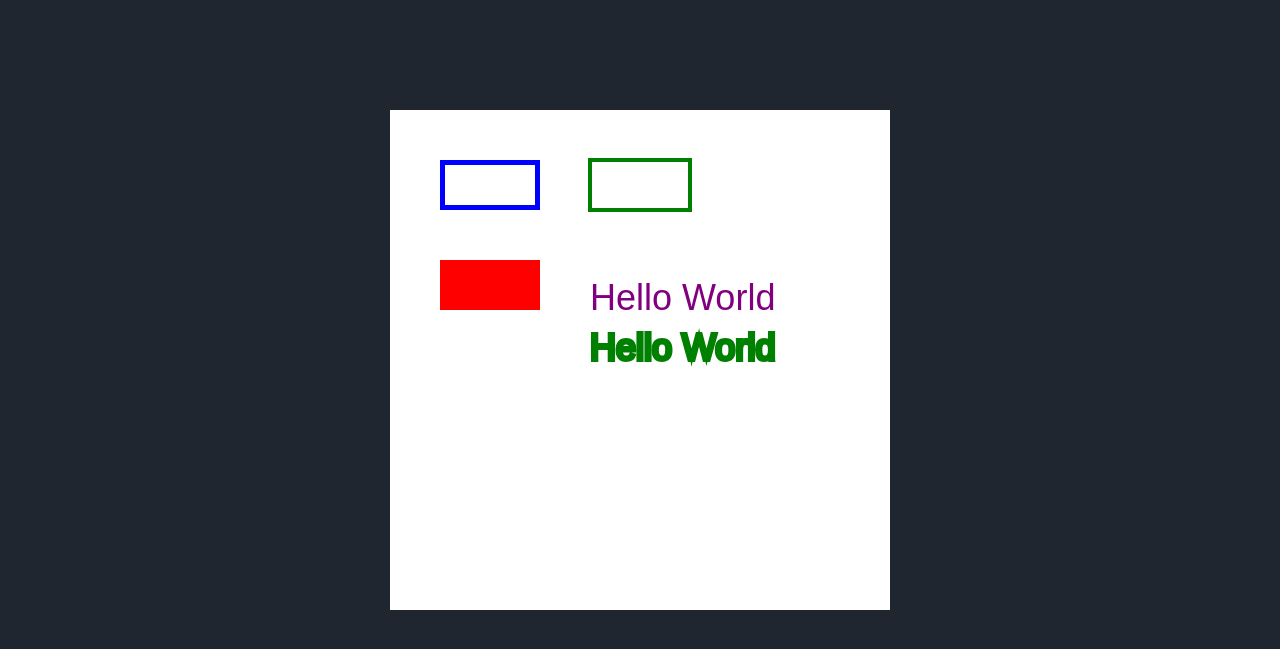
Repository: thecodeholic/cst-javascript-course
Page: /
The author's editor kept a copy of each file at every save. The page is drawn from the files as they stood at one save, then again after the next save.
The browser window is 1280 px wide. The pictures show the whole page.
The project was rebuilt for these pictures with package versions that can differ from the ones it lists, and the page was loaded fresh each time.

Above is the page before, as saved 2020-11-25 09:42:11.

After the next save:
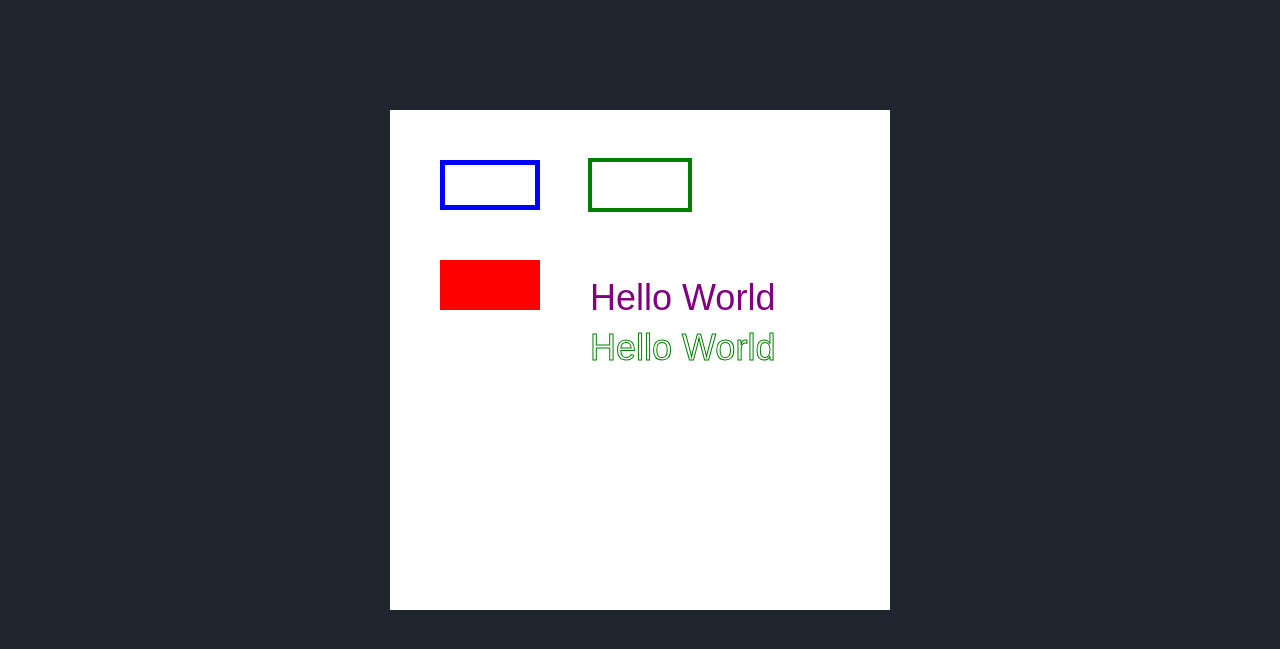
Saved 19 s later.
--- a/app.js
+++ b/app.js
@@ -31,6 +31,7 @@ ctx.fillStyle = 'purple';
 ctx.fillText("Hello World", 200, 200)
 
 // strokeText
+ctx.lineWidth = 1;
 ctx.strokeText("Hello World", 200, 250);
 
 // Paths   beginPath, moveTo, lineTo, closePath, stroke, fill
